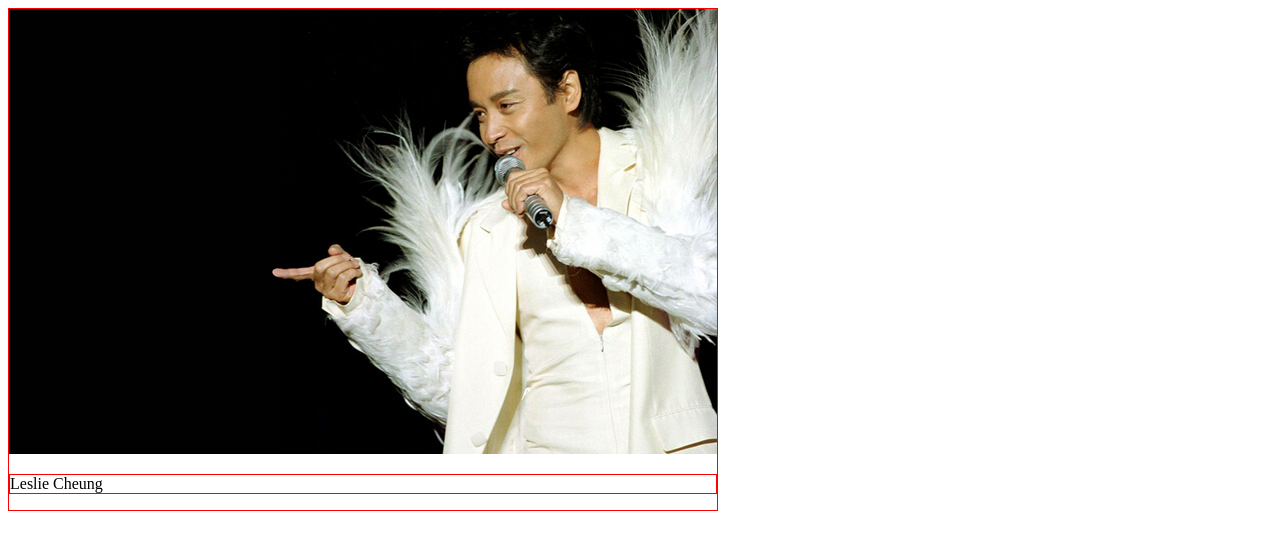
Repository: MasterKweng/workspace
Page: WebBasic/WebContent/Day02/新闻图片.html
An editor plug-in stored every save of this project. The page is shown before and after the next save, followed by the edit.
The browser window is 1280 px wide. The pictures show the whole page.

Above is the page before, as saved 2018-01-05 08:07:25.

### WebBasic/WebContent/Day02/新闻图片.html
<!doctype html>
<html>
	<head>
		<title>新闻图片</title>
		<meta charset="utf-8"/>
		<style type="text/css">
			div{
				border:1px solid red;
				width:708px;
				position:relative;

			}
			p{
				border:1px solid red;
			}
		</style>
	</head>
	<body>
		<div>
			<img src="../img/leslie.jpg"/>
			<p>Leslie Cheung</p>
		</div>
	</body>
</html>

After the next save:
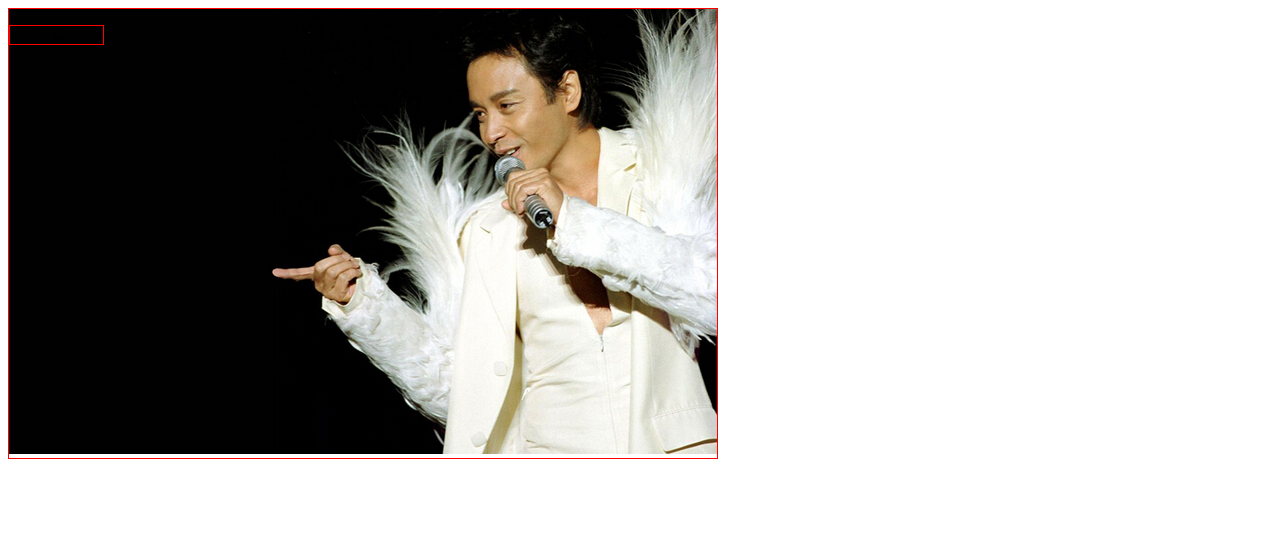
Saved 26 s later.
--- a/WebBasic/WebContent/Day02/新闻图片.html
+++ b/WebBasic/WebContent/Day02/新闻图片.html
@@ -12,6 +12,8 @@
 			}
 			p{
 				border:1px solid red;
+				position:absolute;
+				top:0px;
 			}
 		</style>
 	</head>
